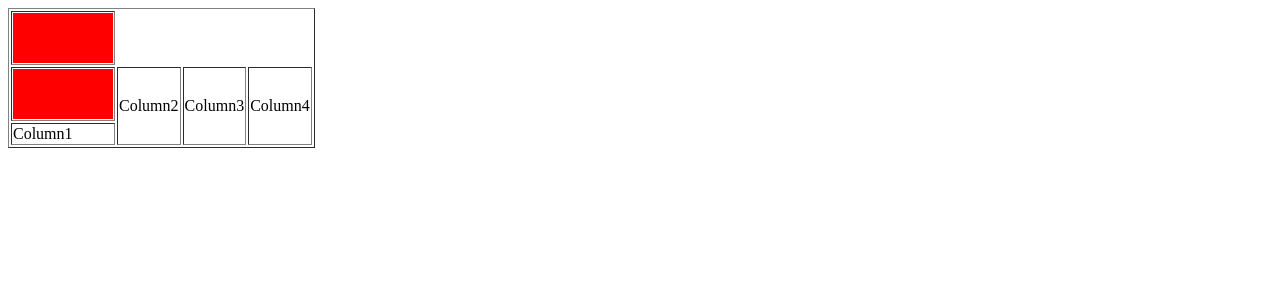
Repository: Sarah7223/internet-programming-tp
Page: TP1/ex1.html
The author's editor kept a copy of each file at every save. The page is drawn from the files as they stood at one save, then again after the next save.
The browser window is 1280 px wide. The pictures show the whole page.

Above is the page before, as saved 2022-12-23 13:48:59.

### TP1/ex1.html
<!DOCTYPE html>
<html>
    <head>
        <style>
            .box1{
                background-color: red;
                height: 50px;
                width: 100px;
            }
            .box2{
                background-color: grey;
            }
        </style>
    </head>
    <body>
        <table border="1">
            <tbody>
                <tr>
                    <td><div class="box1"></div></td>
                </tr>
                <tr>
                    <td ><div class="box1"></div></td>
                    <td rowspan="2">Column2</td>
                    <td rowspan="2">Column3</td>
                    <td rowspan="2">Column4</td>
                </tr>
                <tr>
                    <td>Column1</td>
                </tr>
                </tbody>
        </table>

    </body>
</html>

After the next save:
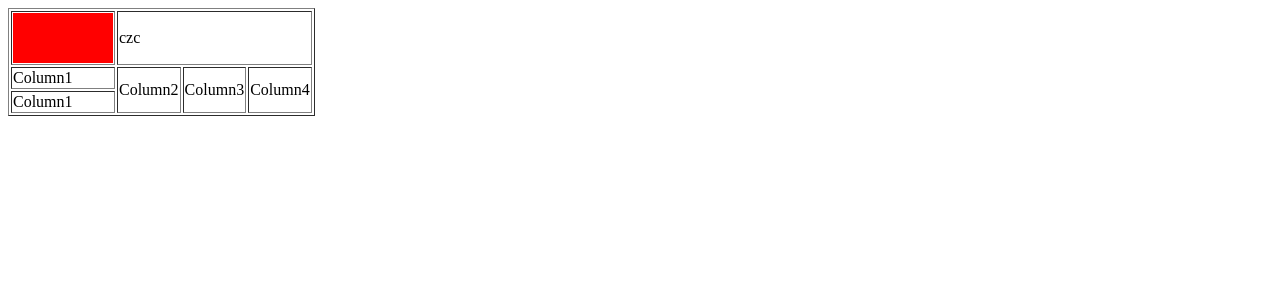
Saved 32 s later.
--- a/TP1/ex1.html
+++ b/TP1/ex1.html
@@ -17,9 +17,10 @@
             <tbody>
                 <tr>
                     <td><div class="box1"></div></td>
+                    <td colspan="3">czc</td>
                 </tr>
                 <tr>
-                    <td ><div class="box1"></div></td>
+                    <td >Column1</td>
                     <td rowspan="2">Column2</td>
                     <td rowspan="2">Column3</td>
                     <td rowspan="2">Column4</td>
